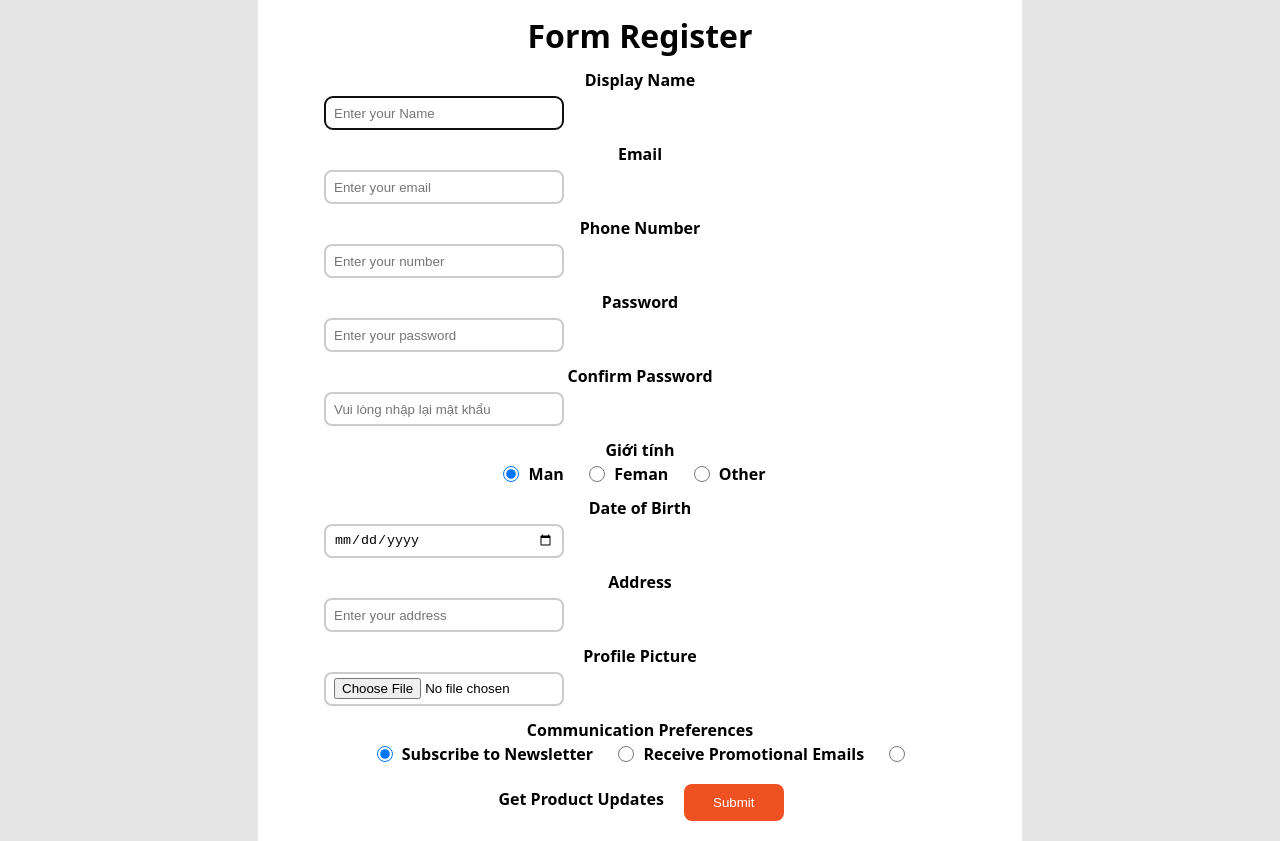
Repository: lannguyen1301/f8-zoom-day-4
Page: form.html
These files come from the project's save history. The page is drawn as it stood at one moment and after a run of saves; the edit follows.
The browser window is 1280 px wide. The pictures show the whole page.

Above is the page before, as saved 2025-04-19 22:50:37.

### form.html
<!DOCTYPE html>
<html lang="en">

<head>
    <meta charset="UTF-8">
    <meta name="viewport" content="width=device-width, initial-scale=1.0">
    <title>Form Register</title>
    <link rel="stylesheet" href="./assets/css/reset.css">
    <link rel="stylesheet" href="./assets/css/style.css">
    <link rel="stylesheet" href="./assets/css/form-resgiter.css">
</head>

<body>
    <div class="content">
        <h1 class="title-desc">Form Register</h1>
        <div class="top-desc">
            <form action="https://api-gateway.fullstack.edu.vn/action_page.php" method="post" autocomplete="off">
                <div class="form-group">
                    <label for="name">Display Name</label>
                    <input type="text" name="name" id="name" maxlength="20" minlength="5" pattern="[A-Za-z0-9]+"
                        size="30" placeholder="Enter your Name" required autocomplete="on" spellcheck="false" readonly
                        autofocus>
                </div>
                <div class="form-group">
                    <label for="email">Email</label>
                    <input type="email" name="email" id="email" placeholder="Enter your email" required
                        pattern="[a-z0-9._%+-]+@[a-z0-9.-]+\.[a-z]{2,}$" autocomplete="on" spellcheck="false"
                        inputmode="email" onchange="alert('Email của bạn đã thay đổi!')">
                </div>
                <div class="form-group">
                    <label for="phone">Phone Number</label>
                    <input type="tel" name="phone" id="phone" placeholder="Enter your number" required
                        pattern="^\+?[0-9]{10,15}$" maxlength="15" minlength="10" autocomplete="tel"
                        onchange="alert('Số điện thoại của bạn đã thay đổi!')" inputmode="tel">
                </div>
                <div class="form-group">
                    <label for="password">Password</label>
                    <input type="password" name="password" id="password" placeholder="Enter your password" readonly
                        required maxlength="20" minlength="8"
                        pattern="(?=.*\d)(?=.*[a-z])(?=.*[A-Z])(?=.*[@#$%^&+=]).{8,}" autocomplete="current-password"
                        autofocus spellcheck="false">
                </div>
                <div class="form-group">
                    <label for="confirm-password">Confirm Password</label>
                    <input type="password" name="confirm-password" id="confirm-password"
                        placeholder="Vui lòng nhập lại mật khẩu" required autocomplete="new-password" maxlength="20"
                        minlength="8">
                </div>
                <div class="form-group">
                    <label for=""> Giới tính</label>
                    <input type="radio" name="gender" id="male" value="male" required autofocus checked>
                    <label for="male">Man</label>
                    <input type="radio" name="gender" id="female" value="female" required autofocus>
                    <label for="female">Feman</label>
                    <input type="radio" name="gender" id="other" value="other" required autofocus>
                    <label for="other">Other</label>
                </div>
                <div class="form-group">
                    <label for="birthday">Date of Birth</label>
                    <input type="date" name="birthday" id="birthday" required autocomplete="bday-day" min="1900-01-01"
                        max="">
                </div>
                <div class="form-group">
                    <label for="address">Address</label>
                    <input type="text" name="address" id="address" placeholder="Enter your address" readonly autofocus
                        spellcheck="false" pattern="[A-Za-z0-9\s,]+">
                </div>
                <div class="form-group">
                    <label for="profile">Profile Picture</label>
                    <input type="file" name="profile" id="profile" required accept="image/*" autofocus>
                </div>
                <div class="form-group">
                    <label for="">Communication Preferences</label>
                    <input type="radio" name="preferences" id="newsletter" required checked>
                    <label for="newsletter">Subscribe to Newsletter</label>
                    <input type="radio" name="preferences" id="promotional" required>
                    <label for="promotional">Receive Promotional Emails</label>
                    <input type="radio" name="preferences" id="update" required>
                    <label for="update">Get Product Updates</label>
                    <button type="submit" class="btn">Submit</button>
                </div>
            </form>
        </div>
    </div>
</body>

</html>

### assets/css/style.css
* {
    box-sizing: border-box;
}

body {
    margin: 0 auto;
    font-size: 16px;
    font-family: system-ui, "Segoe UI", Roboto, Helvetica, Arial, sans-serif,
        "Apple Color Emoji", "Segoe UI Emoji", "Segoe UI Symbol";
    background-color: #e6e5e5;
}

a {
    text-decoration: none;
}

.content {
    max-width: 764px;
    margin: inherit;
    padding: 20px 66px;
    background-color: #fff;
}

.top-desc {
    margin: 22px 0 35px;
    text-align: center;
}

.title-desc {
    /* margin: 30px 0; */
    font-size: 32px;
    color: #020202;
    font-weight: 900;
    text-align: center;
}

.list {
    margin: 20px 0;
    text-align: center;
    font-size: 16px;
    color: green;
    font-weight: 500;
}

.item {
    display: inline-block;
    margin: 0 20px;
    font-weight: 900;
    font-size: 1.5rem;
}

.link {
    color: inherit;
    padding: 10px;
}

.item:hover > .link {
    color: orange;
    background-color: #fafafa;
    padding: 10px;
    border-radius: 5px;
}

.infor-desc {
    margin-top: 8px;
    color: #020202;
}

.work-experience {
    text-transform: uppercase;
    font-weight: 500;
}

.company-top {
    width: 100%;
    margin-top: 16px;
    text-align: justify;
    display: flex;
    justify-content: space-between;
}

.company-left {
    display: inline-block;
}

.company-right {
    display: inline-block;
}

.company-left,
.company-right {
    font-weight: 500;
}

.company-bottom {
    margin-top: 20px;
}

.company-list {
    list-style: disc;
    margin-left: 28px;
    font-size: 13px;
    text-align: justify;
    line-height: 1.4;
}

.h2-desc {
    margin-top: 16px;
}

.company-bolt {
    font-weight: 500;
}

### assets/css/form-resgiter.css
.top-desc {
    margin: unset;
    t
}
form {
    margin-top: 20px;
}

.form-group {
    margin-top: 16px;
}

.form-group label,
.form-group input {
    display: block;
}

.form-group label {
    font-weight: 600;
}

.form-group input:not([type="radio"]):not([type="checkbox"]) {
    width: 240px;
    height: 34px;
    margin-top: 8px;
    padding: 4px 8px;
    border: 2px solid #ccc;
    border-radius: 8px;
}

.form-group input[type="radio"],
.form-group input[type="checkbox"],
.form-group input[type="radio"] + label,
.form-group input[type="checkbox"] + label {
    display: inline-block;
}

.form-group input[type="radio"] {
    width: 16px;
    height: 16px;
    margin-top: 8px;
}

.form-group input[type="radio"] + label {
    position: relative;
    top: -2px;
    margin-right: 16px;
    padding-left: 2px;
}

.form-group .btn {
    margin-top: 20px;
    padding: 10px 28px;
    border: 1px solid transparent;
    border-radius: 8px;
    color: #fff;
    background: #f05123;
    cursor: pointer;
}

.form-group .btn:hover {
    opacity: 0.9;
}

Loaded but not shown: assets/css/reset.css (common file)

After the next 3 saves:
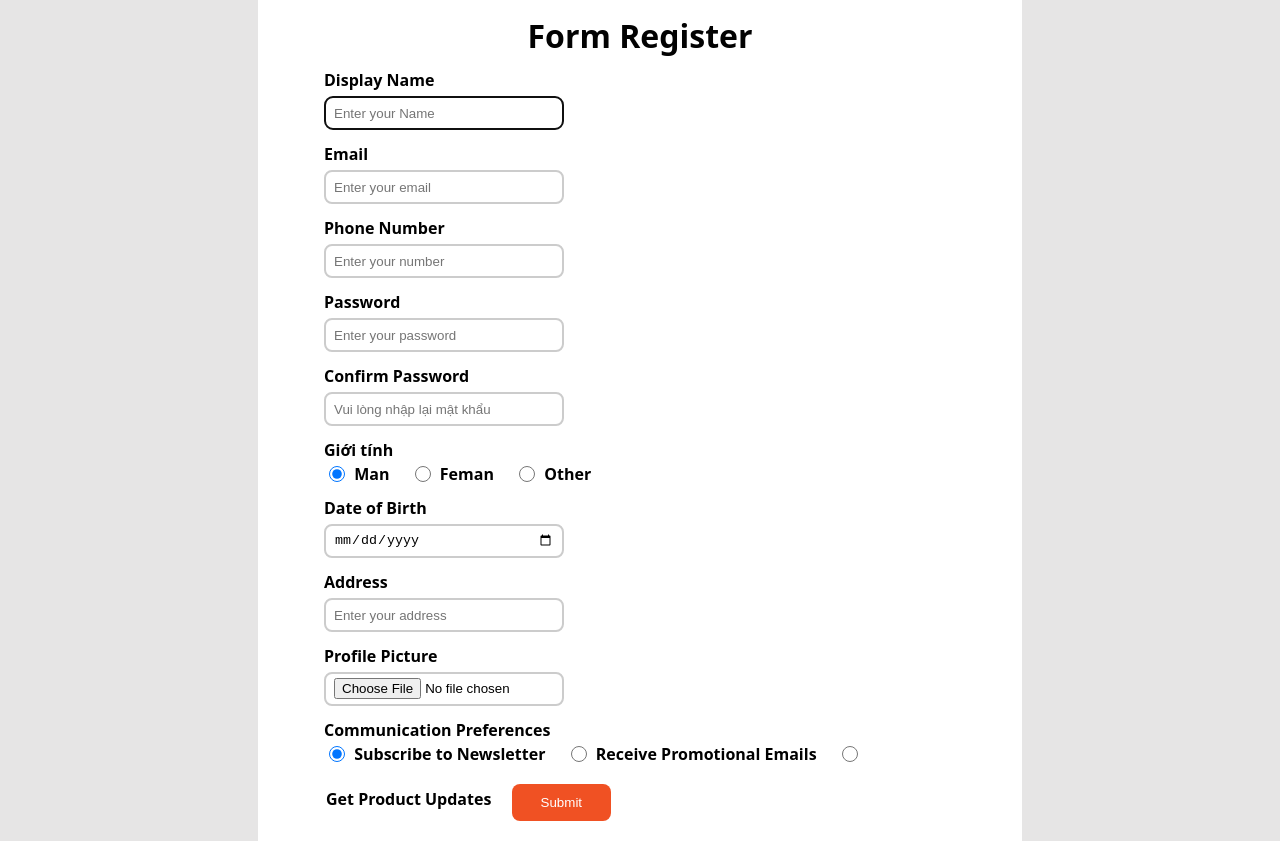
The 3 saves are shown as one change because they came seconds apart.
The last was saved 9 s later.
--- a/assets/css/form-resgiter.css
+++ b/assets/css/form-resgiter.css
@@ -1,6 +1,6 @@
 .top-desc {
     margin: unset;
-    t
+    text-align: unset;
 }
 form {
     margin-top: 20px;
